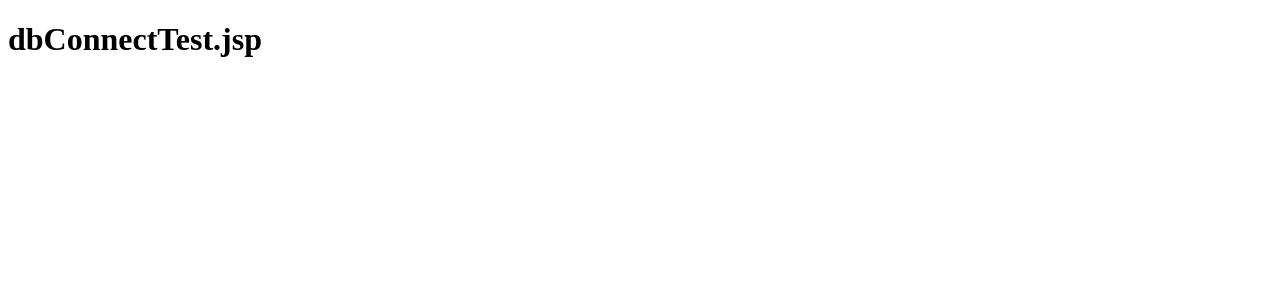
Repository: HeeYoung9/young9
Page: http://localhost/JSP7/JDBC/dbConnectTest.jsp
An editor plug-in stored every save of this project. The page is shown before and after the next save, followed by the edit.
The browser window is 1280 px wide. The pictures show the whole page.
The page is served by Tomcat 9.

Above is the page before, as saved 2023-08-25 03:39:56.

### JSP7/src/main/webapp/JDBC/dbConnectTest.jsp
<%@ page language="java" contentType="text/html; charset=UTF-8"
    pageEncoding="UTF-8"%>
<!DOCTYPE html>
<html>
<head>
<meta charset="UTF-8">
<title>dbConnectTest.jsp</title>
</head>
<body>

<h1> dbConnectTest.jsp </h1>

</body>
</html>

After the next save:
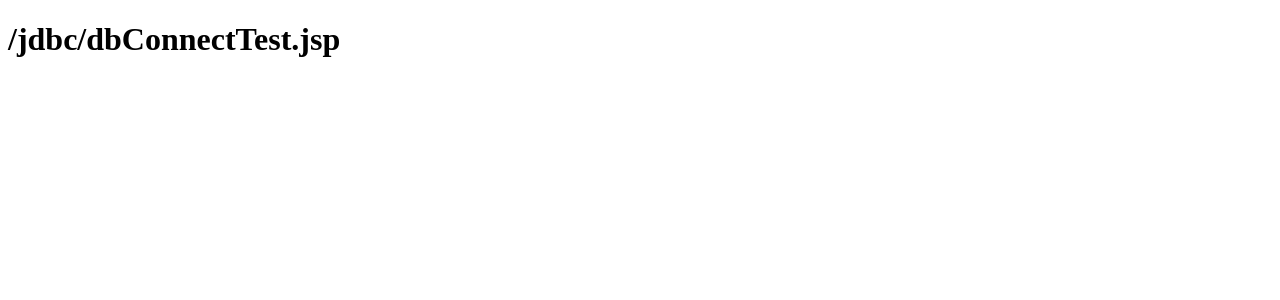
Saved 11 s later.
--- a/JSP7/src/main/webapp/JDBC/dbConnectTest.jsp
+++ b/JSP7/src/main/webapp/JDBC/dbConnectTest.jsp
@@ -8,7 +8,7 @@
 </head>
 <body>
 
-<h1> dbConnectTest.jsp </h1>
+<h1>/jdbc/dbConnectTest.jsp </h1>
 
 </body>
 </html>
